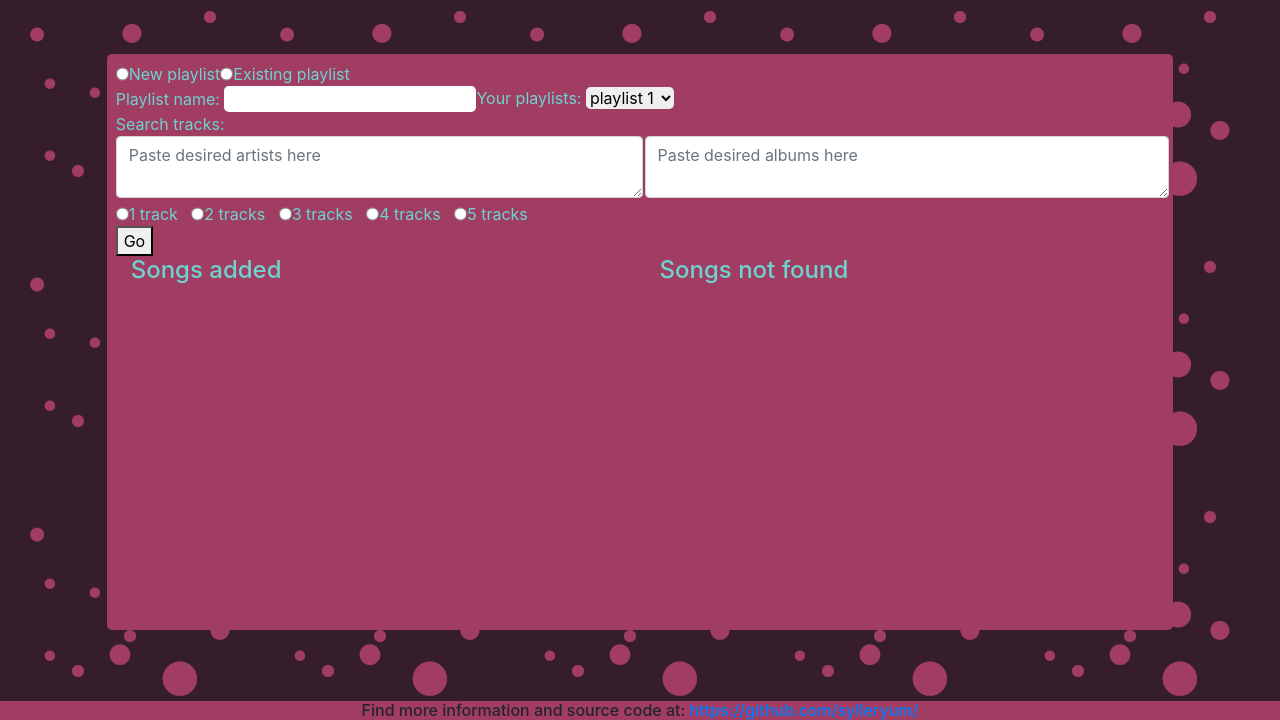
Repository: sylleryum/Frontend
Page: GetTopTracks/index.html
An editor plug-in stored every save of this project. The page is shown before and after the next save, followed by the edit.
The browser window is 1280 px wide. The pictures show the whole page.

Above is the page before, as saved 2019-10-13 17:31:18.

### GetTopTracks/index.html
<!doctype html>
<html lang="en">

<head>
     <title>Get top tracks from Artists and albums</title>
     <!-- Required meta tags -->
     <meta charset="utf-8">
     <meta name="viewport" content="width=device-width, initial-scale=1, shrink-to-fit=no">

     <!-- Bootstrap CSS -->
     <link rel="stylesheet" href="https://stackpath.bootstrapcdn.com/bootstrap/4.3.1/css/bootstrap.min.css"
          integrity="sha384-ggOyR0iXCbMQv3Xipma34MD+dH/1fQ784/j6cY/iJTQUOhcWr7x9JvoRxT2MZw1T" crossorigin="anonymous">

     <!-- main CSS-->
     <link rel="stylesheet" href="style.css">

</head>

<body class="background-master">
     <form action="searchTrack" id="submit-btn" onsubmit="return validation()">
          <div class="container-fluid h-95">
               <div class="row align-items-center justify-content-center h-95">
                    <div class="h-80 col col-md-10 bg-4 text-1 rounded-lg pl-4 pt-2 overflow-auto  id="
                         internal-container">
                         <div class="row main-select">
                              <input type="radio" id="rNew" name="playlistRadio" value="new"
                                   onchange="radioChecker()">New
                              playlist
                              <input type="radio" id="rExisting" name="playlistRadio" value="existing"
                                   onchange="radioChecker()">Existing
                              playlist
                         </div>
                         <div class="row main-playlist">
                              <div id="new-playlist" class="block-style">
                                   Playlist name: <input type="text" class="rounded-lg border-0" id="playlistName"
                                        name="playlistName" />
                              </div>
                              <div id="existing-playlist" class="block-style">
                                   <span>Your playlists:</span>
                                   <select name="selectPlaylist" class="rounded-lg border-0">
                                        <option>playlist 1</option>
                                        <option>playlist 2</option>
                                        <option>playlist 3</option>
                                        <option>playlist 4</option>
                                        <!-- <c:forEach var="items" items="${playlists}">
                                        <option value="${items.getId()}">${items.getName()}</option>
                                   </c:forEach> -->
                                   </select>
                              </div>
                         </div>
                         <div class="row">
                              Search tracks:
                         </div>
                         <div class="row main-textarea form-group pr-1 mb-0">
                              <div class="col-md-6 p-0 mb-1">
                                   <textarea class="textarea-search form-control md-textarea" id="searchNameArtist"
                                        name="searchNameArtist" placeholder="Paste desired artists here"></textarea>
                              </div>
                              <div class="col-md-6 p-0 small-padding">
                                   <textarea class="textarea-search form-control md-textarea" id="searchNameAlbum"
                                        name="searchNameAlbum" placeholder="Paste desired albums here"></textarea>
                              </div>
                         </div>
                         <div class="row track-amount">
                              <label></label><input type="radio" id="rAmount1" name="playlistRadio" value="rAmount2" onchange="">1 track&nbsp;&nbsp;&nbsp;
                              <input type="radio" id="rAmount2" name="playlistRadio" value="rAmount2" onchange="">2 tracks&nbsp;&nbsp;&nbsp;
                              <input type="radio" id="rAmount3" name="playlistRadio" value="rAmount3" onchange="">3 tracks&nbsp;&nbsp;&nbsp;
                              <input type="radio" id="rAmount4" name="playlistRadio" value="rAmount4" onchange="">4 tracks&nbsp;&nbsp;&nbsp;
                              <input type="radio" id="rAmount5" name="playlistRadio" value="rAmount4" onchange="">5 tracks&nbsp;&nbsp;&nbsp;
                         </div>
                         <div class="row main-go">
                              <button type="submit" id="submit-button">
                                   Go
                              </button>
                         </div>

                         <div class="row results-menu">
                              <div class="success col-md-6">
                                   <h4>Songs added</h4>

                              </div>
                              <div class="failure col-md-6">
                                   <h4>Songs not found</h4>

                              </div>
                         </div>

                    </div>

               </div>

          </div>
     </form>
     <footer class="text-center m-0 p-0 bg-4 footer-clear">
          <h6 class="p-0 m-0 text-w">Find more information and source code at: <a href="https://github.com/sylleryum/">
                    https://github.com/sylleryum/</a></h6>

     </footer>







     <!-- Optional JavaScript -->
     <!-- jQuery first, then Popper.js, then Bootstrap JS -->
     <script src="https://code.jquery.com/jquery-3.3.1.slim.min.js"
          integrity="sha384-q8i/X+965DzO0rT7abK41JStQIAqVgRVzpbzo5smXKp4YfRvH+8abtTE1Pi6jizo"
          crossorigin="anonymous"></script>
     <script src="https://cdnjs.cloudflare.com/ajax/libs/popper.js/1.14.7/umd/popper.min.js"
          integrity="sha384-UO2eT0CpHqdSJQ6hJty5KVphtPhzWj9WO1clHTMGa3JDZwrnQq4sF86dIHNDz0W1"
          crossorigin="anonymous"></script>
     <script src="https://stackpath.bootstrapcdn.com/bootstrap/4.3.1/js/bootstrap.min.js"
          integrity="sha384-JjSmVgyd0p3pXB1rRibZUAYoIIy6OrQ6VrjIEaFf/nJGzIxFDsf4x0xIM+B07jRM"
          crossorigin="anonymous"></script>
</body>

</html>

### GetTopTracks/style.css
.footer-clear {
     width: 100%;
     position: fixed;
     bottom: 0%;
}

.background-master {
     background: url(images/bb.png) repeat;
}

.h-100 {
     min-height: 100vh;
}

.h-95 {
     min-height: 95vh;
}

.h-80 {
     min-height: 80vh;
     max-height: 90vh;
}

.bg-1 {
     background: #6dd3ce!important
}

.bg-2 {
     background: #c8e9a0!important
}

.bg-3 {
     background: #f7a278!important
}

.bg-4 {
     background: #a13d63!important
}

.bg-5 {
     background: #351e29!important
}

.text-1 {
     color: #6dd3ce!important
}

.text-2 {
     color: #c8e9a0!important
}

.text-3 {
     color: #f7a278!important
}

.text-4 {
     color: #a13d63!important
}

.text-5 {
     color: #351e29!important
}

@media screen and (min-width: 767px) {
     .small-padding {
          padding-left: 2px!important;
     }
}

After the next save:
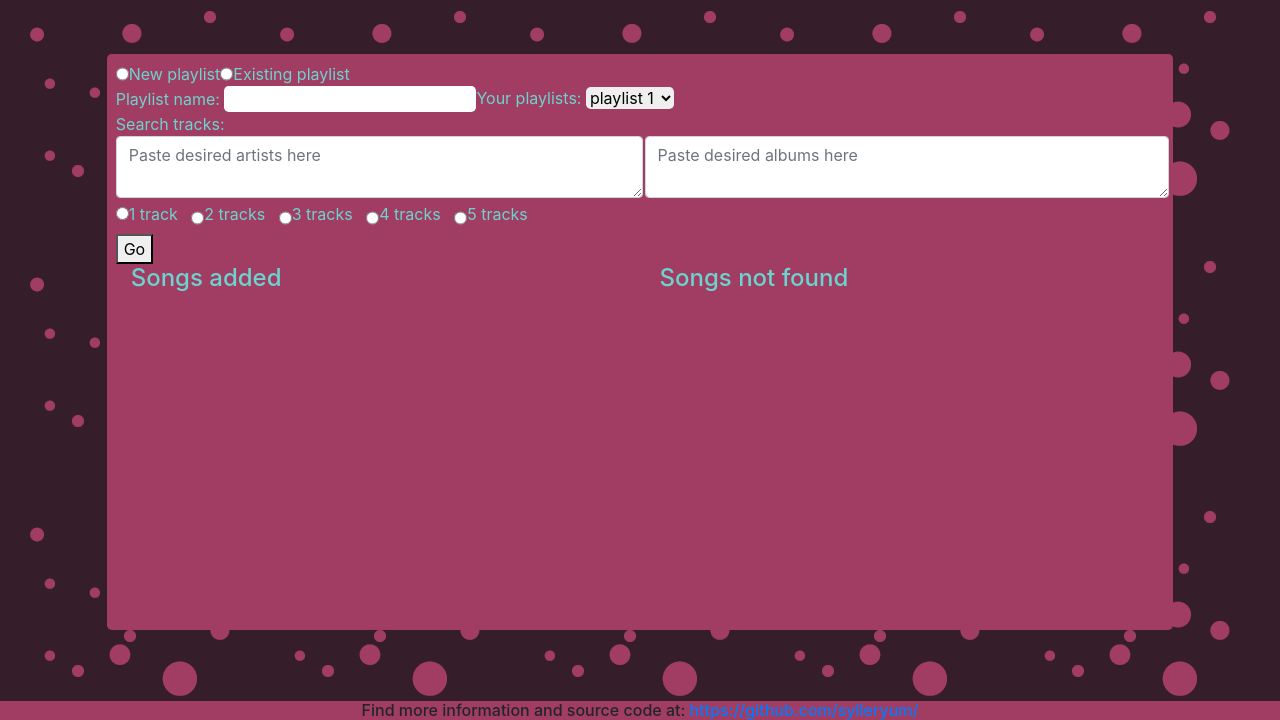
Saved 5 s later.
--- a/GetTopTracks/index.html
+++ b/GetTopTracks/index.html
@@ -62,7 +62,7 @@
                               </div>
                          </div>
                          <div class="row track-amount">
-                              <label></label><input type="radio" id="rAmount1" name="playlistRadio" value="rAmount2" onchange="">1 track&nbsp;&nbsp;&nbsp;
+                              <label><input type="radio" id="rAmount1" name="playlistRadio" value="rAmount2" onchange="">1 track&nbsp;&nbsp;&nbsp;</label>
                               <input type="radio" id="rAmount2" name="playlistRadio" value="rAmount2" onchange="">2 tracks&nbsp;&nbsp;&nbsp;
                               <input type="radio" id="rAmount3" name="playlistRadio" value="rAmount3" onchange="">3 tracks&nbsp;&nbsp;&nbsp;
                               <input type="radio" id="rAmount4" name="playlistRadio" value="rAmount4" onchange="">4 tracks&nbsp;&nbsp;&nbsp;
